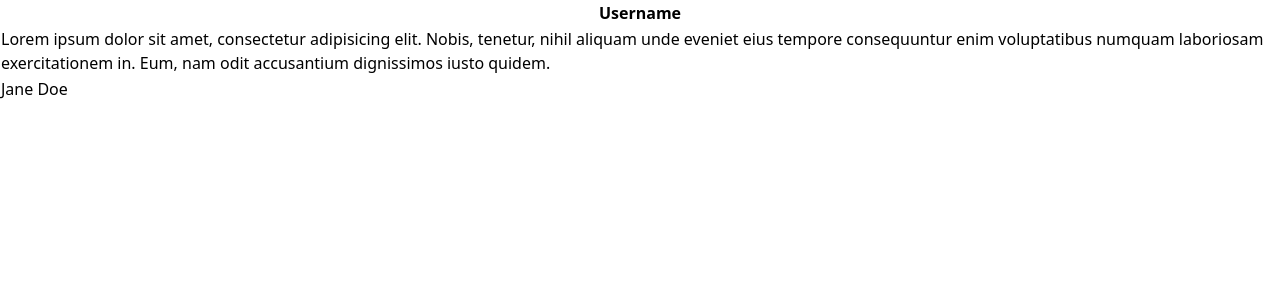
Repository: Yahya9102/Java22-ux22-Sideproject-main
Page: /
These files come from the project's save history. The page is drawn as it stood at one moment and after the next save; the edit follows.
The browser window is 1280 px wide. The pictures show the whole page.
The project was rebuilt for these pictures with package versions that can differ from the ones it lists, and the page was loaded fresh each time. The framework's server and built-in components were replaced by stand-ins that run in the browser. Also part of the build but not shown: next.config.js.

Above is the page before, as saved 2023-04-13 10:01:48.

After the next save:
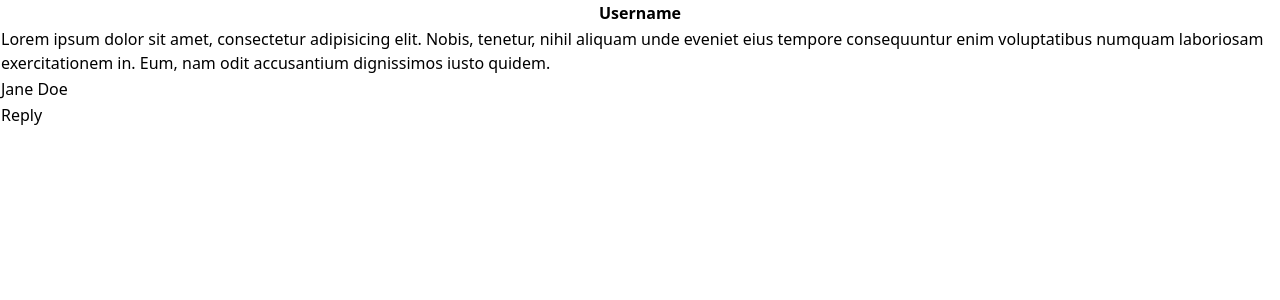
Saved 91 s later.
--- a/p-components/body.tsx
+++ b/p-components/body.tsx
@@ -23,6 +23,11 @@ const Body: NextPage<Props> = ({}) => {
           <tr>
             <td>Jane Doe</td>
           </tr>
+          <tr>
+            <td>
+              <button>Reply</button>
+            </td>
+          </tr>
         </tbody>
       </table>
     </fieldset>
